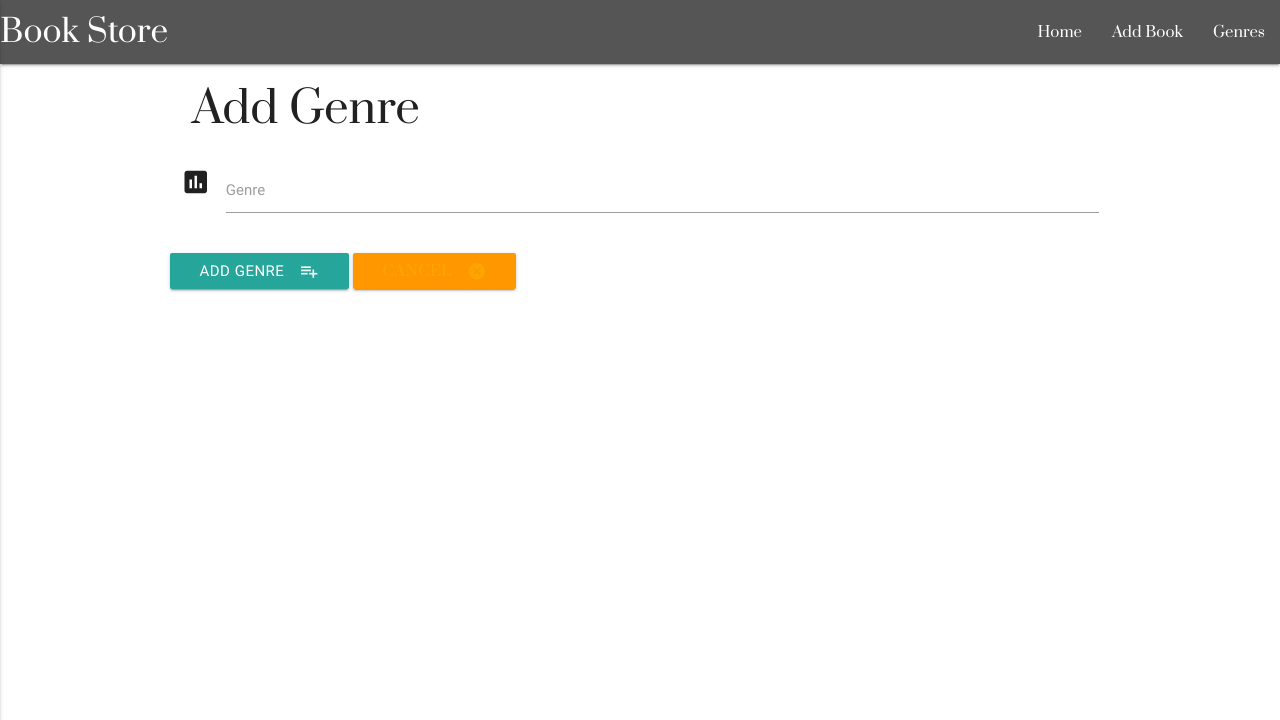
Repository: thodnett/book-store
Page: http://localhost/add_category
The author's editor kept a record of every edit. The page is drawn from the files as they stood at one moment, then again after the next edit.
The browser window is 1280 px wide. The pictures show the whole page.
Some web libraries are served in a nearby version. The page is served by the project's application, run on Flask 3 (app.py).

Above is the page before.

After the next edit:
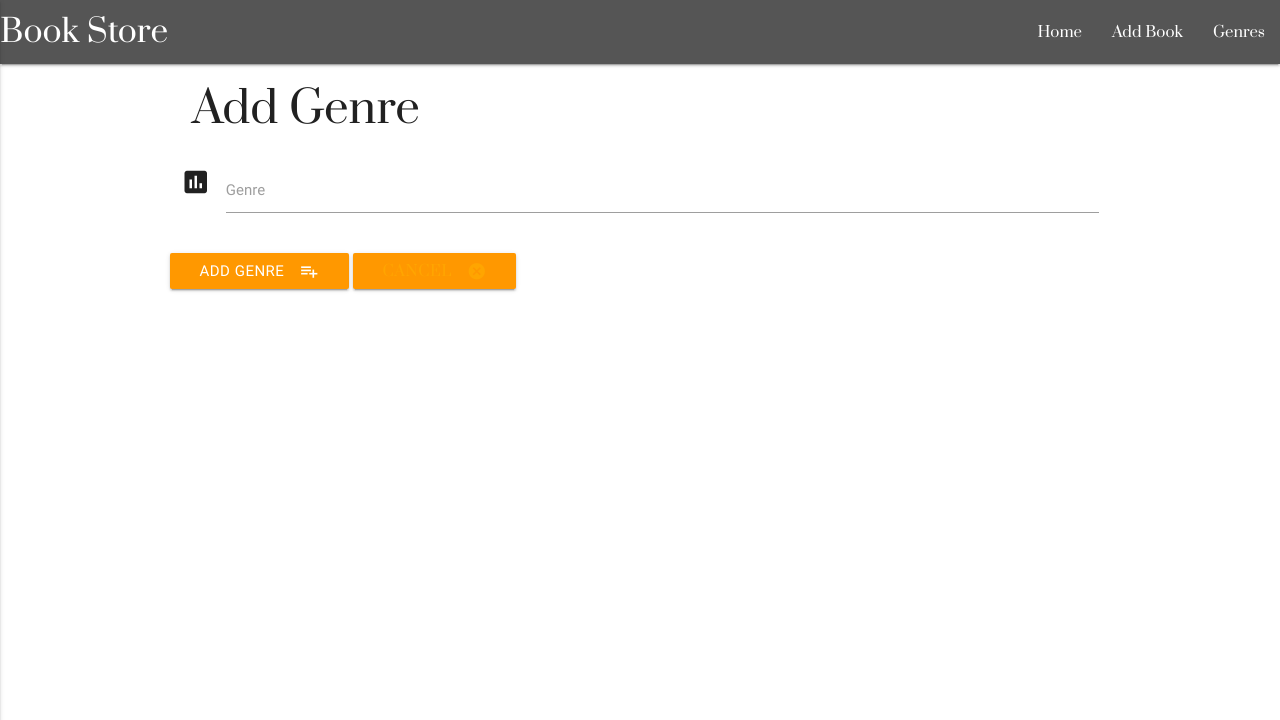
The edit:
--- a/templates/addcategory.html
+++ b/templates/addcategory.html
@@ -11,7 +11,7 @@
             </div>
         </div>
             <div class="row">
-                <button class="btn waves-effect waves-light" type="submit" name="action">Add Genre
+                <button class="btn orange waves-effect waves-light" type="submit" name="action">Add Genre
                 <i class="material-icons right">playlist_add</i>
               </button>
              <a href="{{ url_for('get_categories')}}" class="waves-effect waves-light btn orange">
